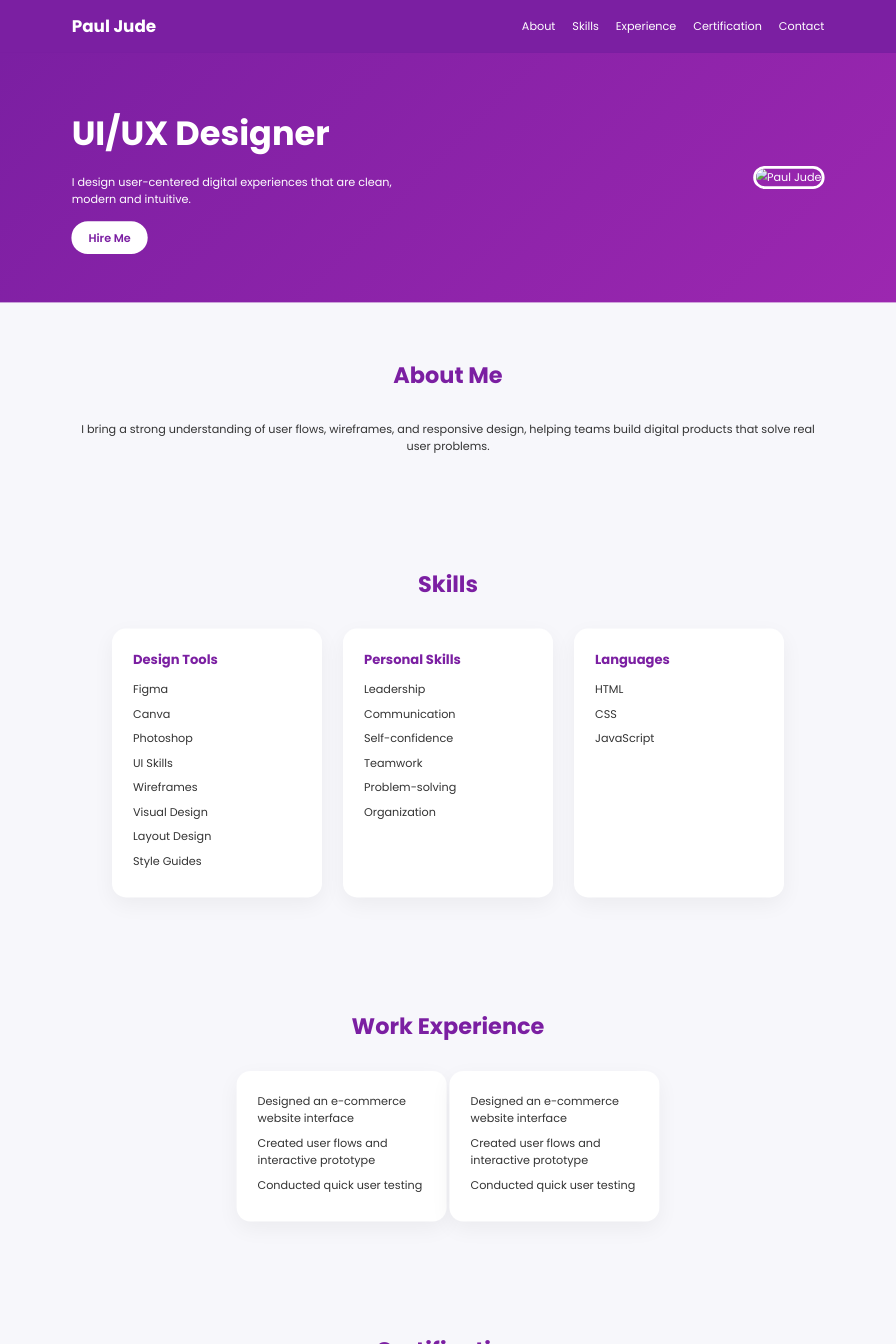
Repository: Paulo-930/UI-UX-Portfolio
Page: index.html
These files come from the project's save history. The page is drawn as it stood at one moment and after the next save; the edit follows.
The browser window is 1280 px wide. The pictures show the part of the page from y = 0 to 1920 px (the page is 2521 px tall before and 2661 px after), at 70% of full size.

Above is the page before, as saved 2026-02-23 11:12:17.
Not found: profile.png

After the next save:
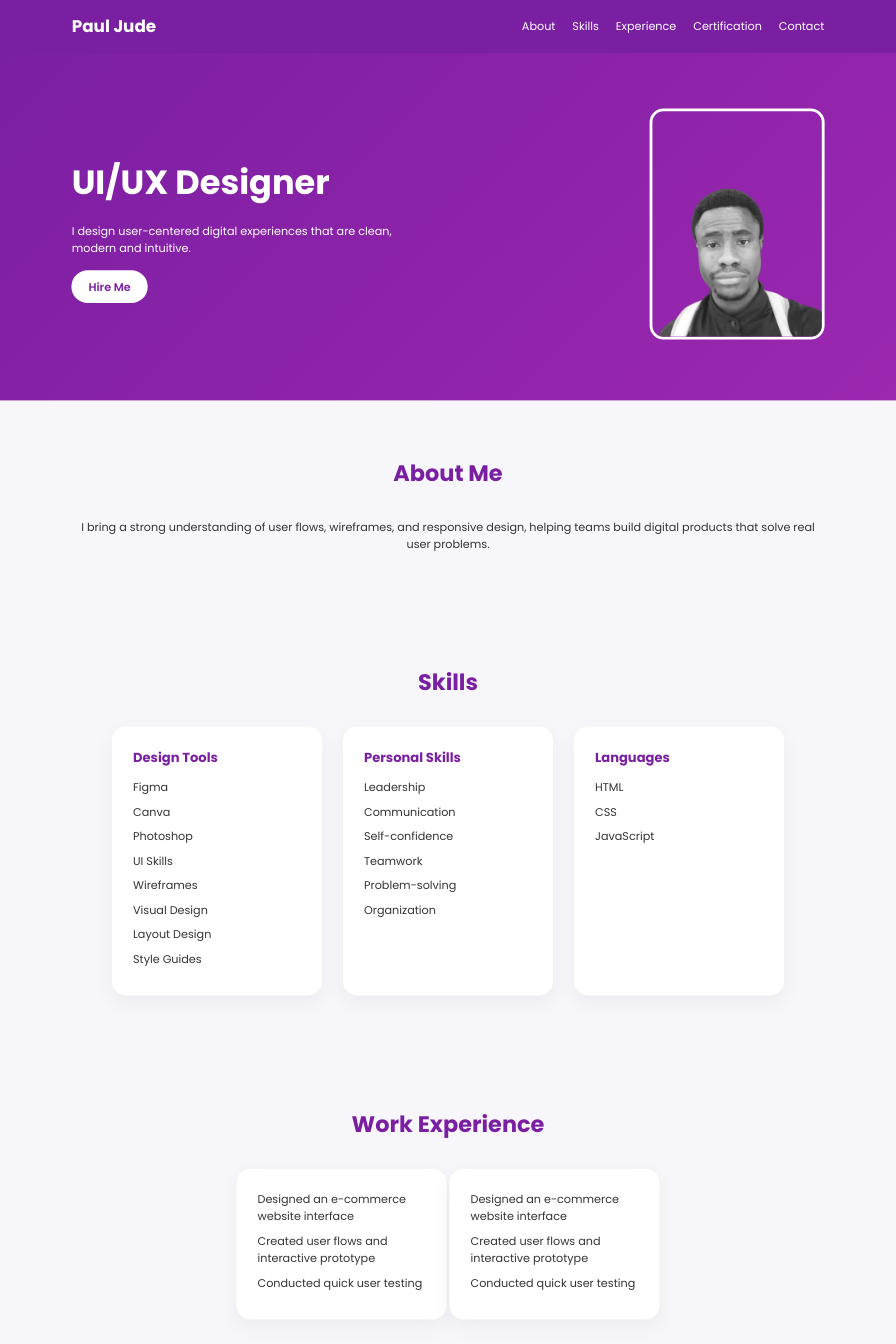
Saved 9 s later.
--- a/index.html
+++ b/index.html
@@ -30,7 +30,7 @@
     </div>
 
     <div class="hero-image">
-      <img src="/profile.png" alt="Paul Jude">
+      <img src="imagery/profile.png" alt="Paul Jude">
     </div>
   </section>
 
